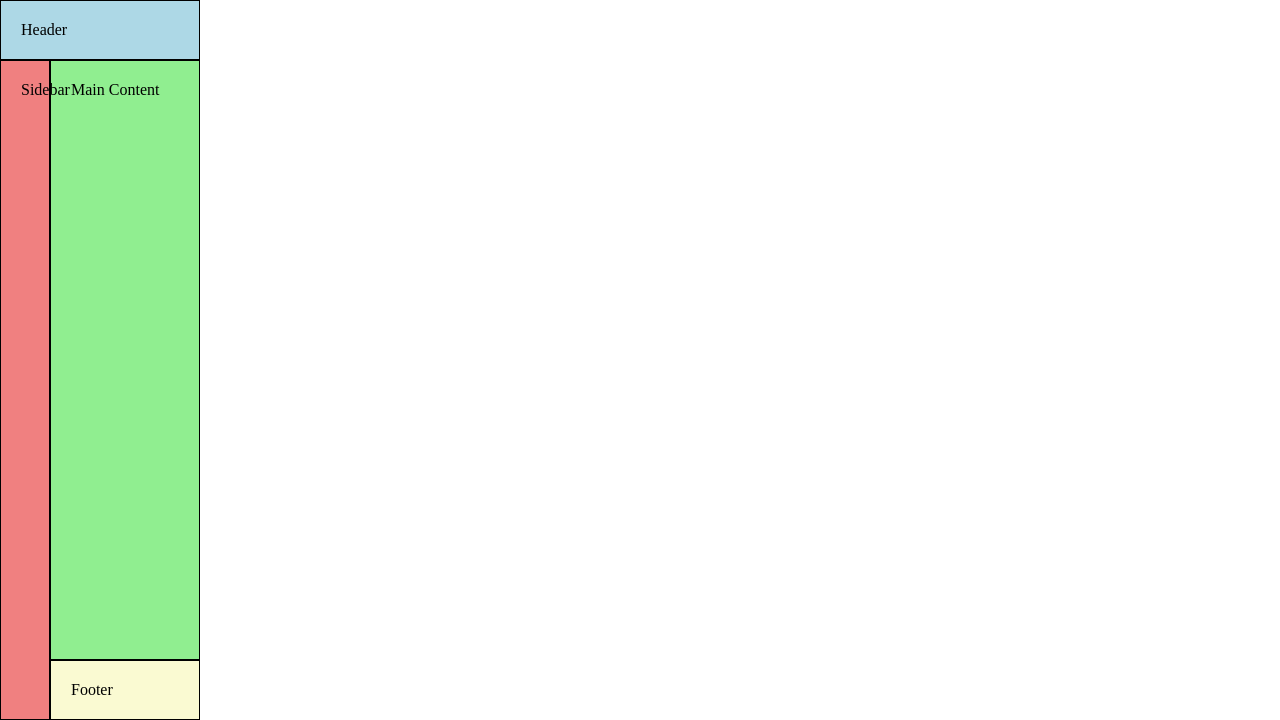
Repository: gustavotwist/desafio-grid
Page: assets/index.html
An editor plug-in stored every save of this project. The page is shown before and after a run of saves, followed by the edit.
The browser window is 1280 px wide. The pictures show the whole page.

Above is the page before, as saved 2024-08-13 19:29:50.

### assets/index.html
<!DOCTYPE html>
<html lang="pt-BR">
<head>
    <meta charset="UTF-8">
    <meta name="viewport" content="width=device-width, initial-scale=1.0">
    <title>Desafio Grid</title>
    <link rel="stylesheet" href="css/style.css">
</head>
<body>
    <div class="container">
        <header>Header</header>
        <main class="content">Main Content</main>
        <aside>Sidebar</aside>
        <footer>Footer</footer>
    </div>

</body>
</html>

### assets/css/style.css
/** {
    padding: 0;
    margin:;
}*/

html, body {
    height: 100vh;
    width: 100vh;
    margin: 0;
}

.container {
    display: grid;
    height: 100%;
    width: 100%;
    grid-template-columns: 50px 50px 50px 50px;
    grid-template-rows: auto 1fr auto;
    grid-template-areas:
        "header header header header"
        "sidebar main main main"
        "sidebar footer footer footer";
}

header {
    grid-area: header;
    background-color: lightblue;
}
main {
    grid-area: main;
    background-color: lightgreen;
}
aside {
    grid-area: sidebar;
    background-color: lightcoral;
}
footer {
    grid-area: footer;
    background-color: lightgoldenrodyellow;
}

/* Apenas para melhor visualização */
header, main, aside, footer {
    padding: 20px;
    width: -1000px;
    border: 1px solid #000;
}

After the next 2 saves:
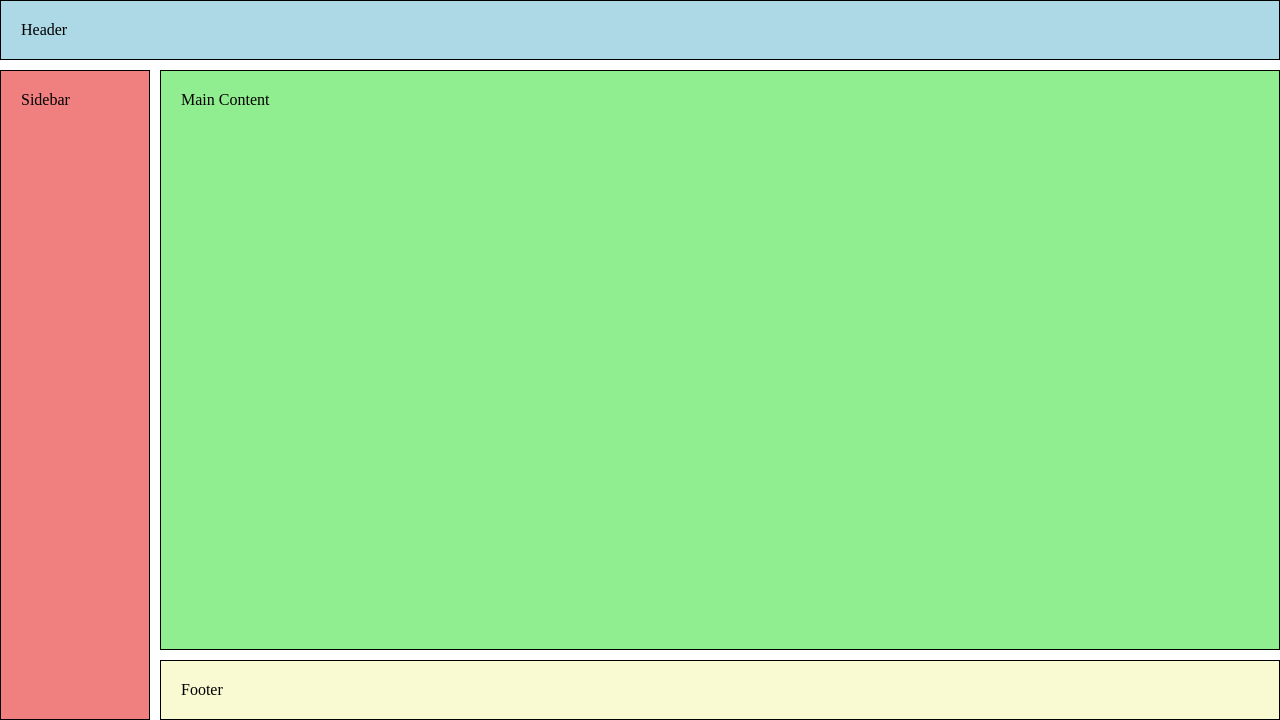
The 2 saves are shown as one change because they came seconds apart.
The last was saved 116 s later.
--- a/assets/css/style.css
+++ b/assets/css/style.css
@@ -1,46 +1,39 @@
-/** {
-    padding: 0;
-    margin:;
-}*/
-
 html, body {
-    height: 100vh;
-    width: 100vh;
+    height: 100%;
     margin: 0;
 }
 
 .container {
     display: grid;
     height: 100%;
-    width: 100%;
-    grid-template-columns: 50px 50px 50px 50px;
+    grid-template-columns: 150px 1fr 1fr 1fr;
     grid-template-rows: auto 1fr auto;
     grid-template-areas:
         "header header header header"
         "sidebar main main main"
         "sidebar footer footer footer";
+    gap: 10px; /* Espaçamento entre os itens */
 }
 
 header {
     grid-area: header;
     background-color: lightblue;
 }
+aside {
+    grid-area: sidebar;
+    background-color: lightcoral;
+}
 main {
     grid-area: main;
     background-color: lightgreen;
-}
-aside {
-    grid-area: sidebar;
-    background-color: lightcoral;
 }
 footer {
     grid-area: footer;
     background-color: lightgoldenrodyellow;
 }
 
-/* Apenas para melhor visualização */
-header, main, aside, footer {
+/* Estilizações adicionais para melhor visualização */
+header, aside, main, footer {
     padding: 20px;
-    width: -1000px;
     border: 1px solid #000;
 }
